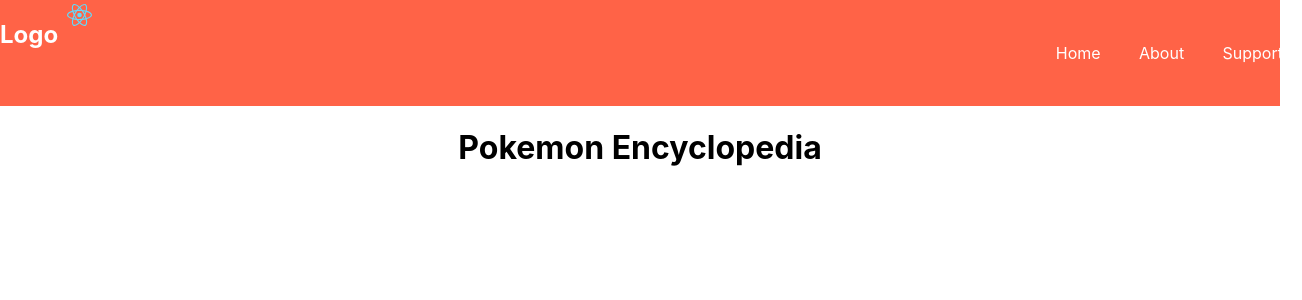
Repository: Gibberlin/pokedex
Page: /
The author's editor kept a copy of each file at every save. The page is drawn from the files as they stood at one save, then again after the next save.
The browser window is 1280 px wide. The page is 1302 px wide, so the pictures cover 1302 px, including what lies to the right of the window. The pictures show the whole page.
The project was rebuilt for these pictures with package versions that can differ from the ones it lists, and the page was loaded fresh each time.

Above is the page before, as saved 2021-09-28 22:46:00.

After the next save:
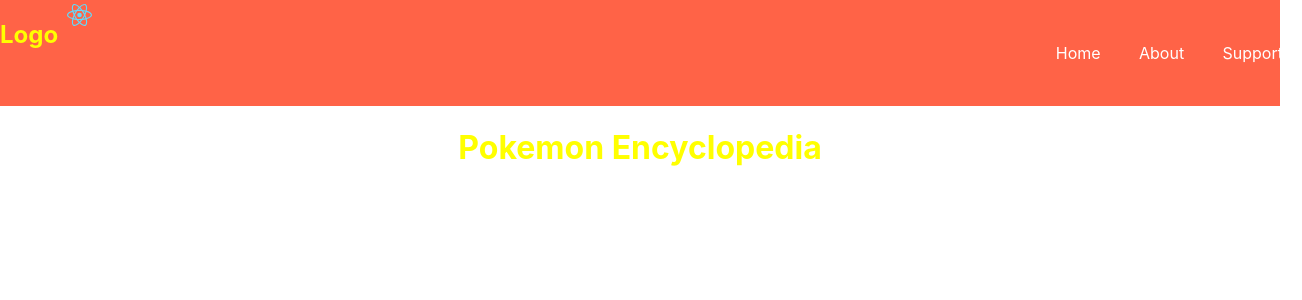
Saved 24 s later.
--- a/src/App.css
+++ b/src/App.css
@@ -21,4 +21,5 @@
 h1 {
   text-align: center;
   stroke: #18f;
+  color: yellow;
 }
